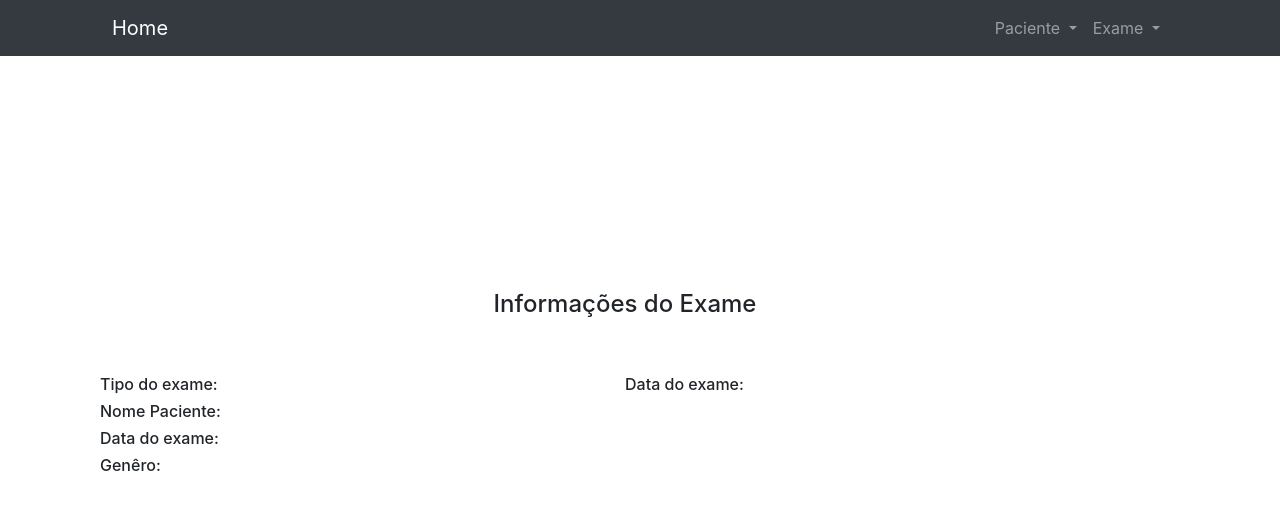
Repository: noobDevPRB/struts2_project
Page: http://localhost/Projeto_SOCTest/WEB-INF/jsp/exame/visualizar.jsp
An editor plug-in stored every save of this project. The page is shown before and after the next save, followed by the edit.
The browser window is 1280 px wide. The pictures show the whole page.
The page is served by Tomcat 9. Nobody is signed in. The template is opened directly, without the code that normally fills it, so the values that code supplies are empty.

Above is the page before, as saved 2020-10-18 18:41:27.

After the next save:
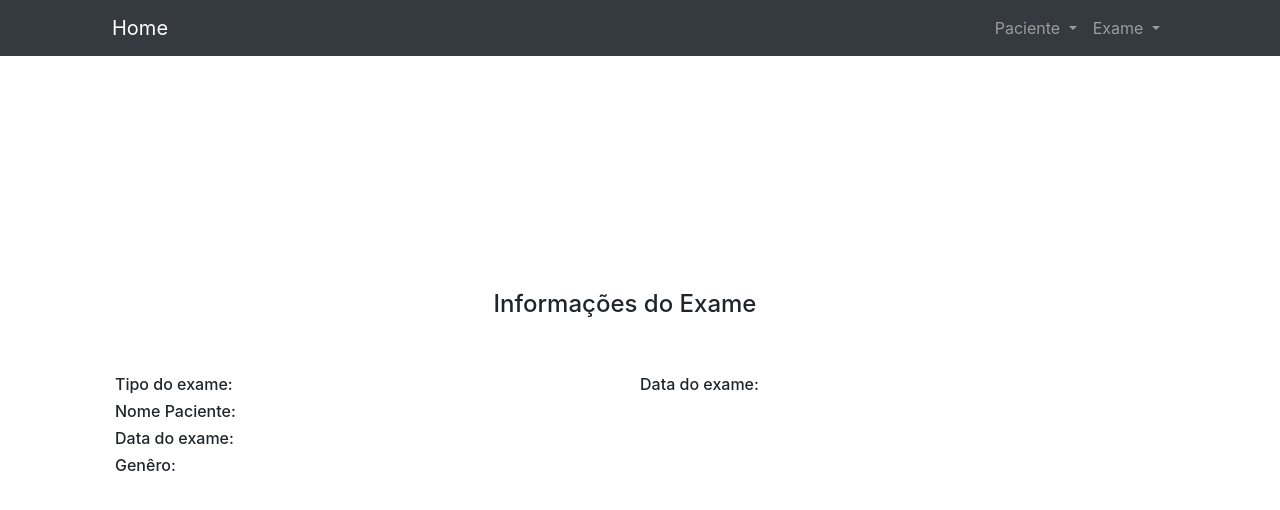
Saved 59 s later.
--- a/Projeto_SOCTest/WebContent/WEB-INF/jsp/exame/visualizar.jsp
+++ b/Projeto_SOCTest/WebContent/WEB-INF/jsp/exame/visualizar.jsp
@@ -16,7 +16,7 @@
 		<div class="row justify-content-center pb-5">
 			<h4>Informações do Exame</h4>
 		</div>
-	  	<div class="row justify-content-center">
+	  	<div class="">
 	  		<div class="col-lg-12">
 			    <div class="container">
 					<div class="row">

After the 3 saves that followed:
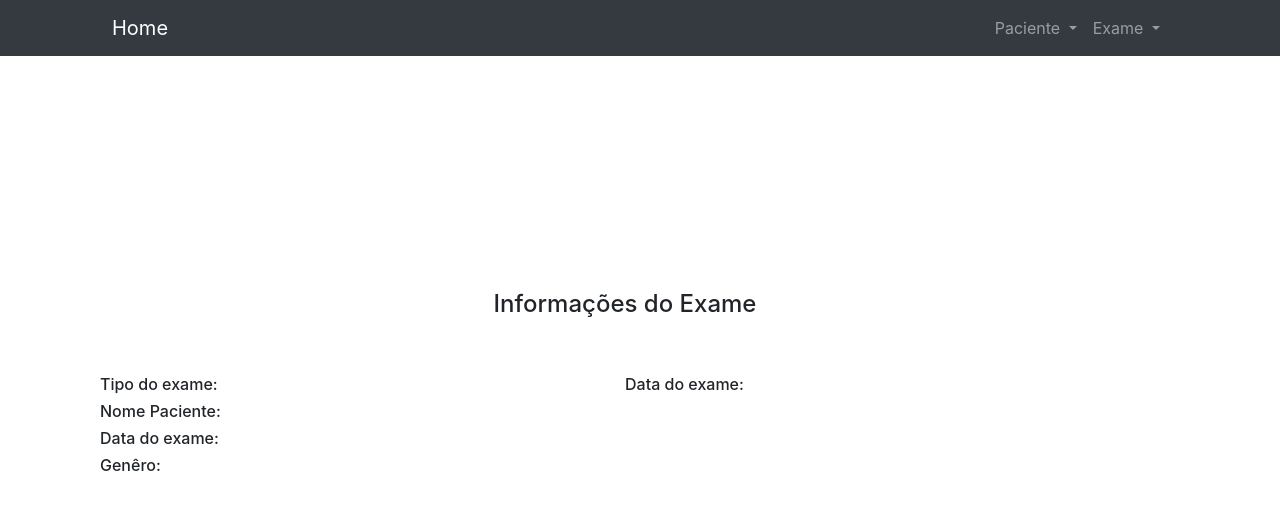
The 3 saves are shown as one change because 2 left the picture as it was.
The last was saved 113 s later.
--- a/Projeto_SOCTest/WebContent/WEB-INF/jsp/exame/visualizar.jsp
+++ b/Projeto_SOCTest/WebContent/WEB-INF/jsp/exame/visualizar.jsp
@@ -16,8 +16,8 @@
 		<div class="row justify-content-center pb-5">
 			<h4>Informações do Exame</h4>
 		</div>
-	  	<div class="">
-	  		<div class="col-lg-12">
+	  	<div class="row">
+	  		<div class="col-lg-12 justify-content-center">
 			    <div class="container">
 					<div class="row">
 						<div class="col">
